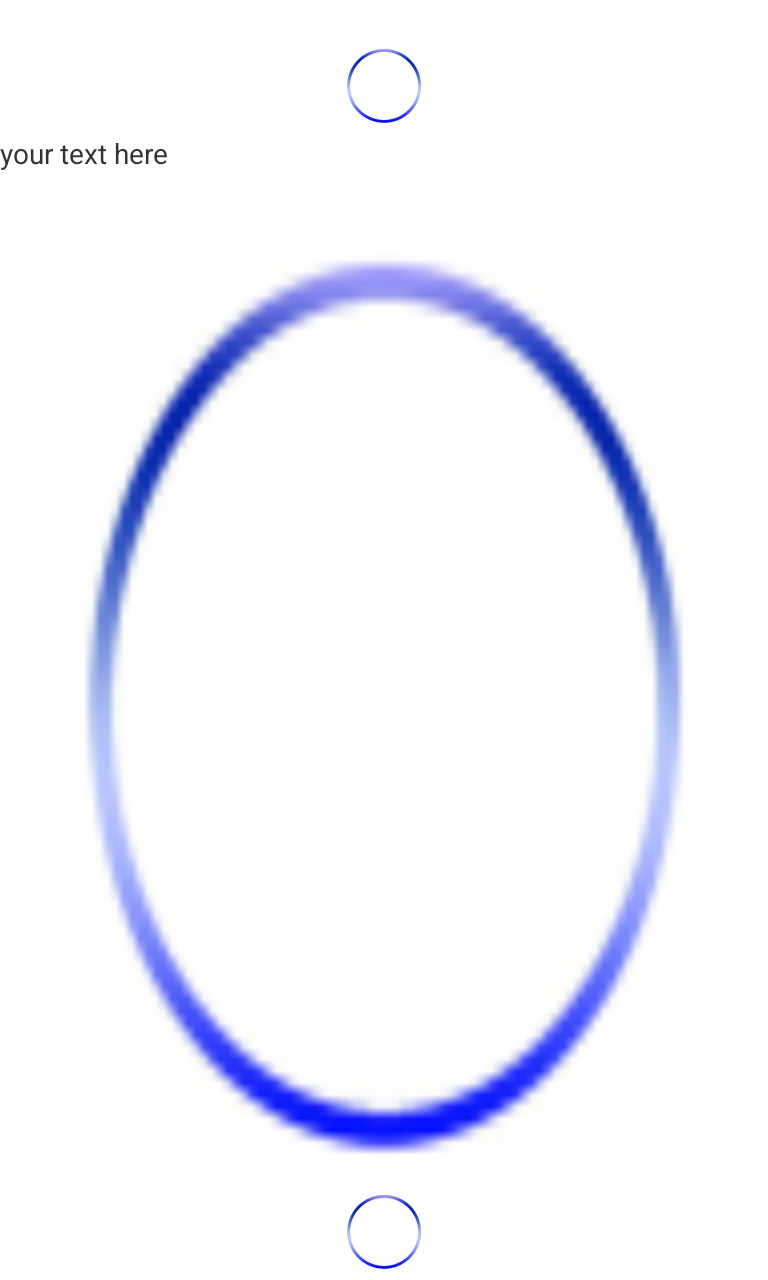
Repository: lmqs/ProjetoDisciplinaTopicos
Layout: TopicosProjetoAndroid/res/layout/item_resultado_prova.xml
These files come from the project's save history. The layout is drawn as it stood at one moment and after the next save; the edit follows.
It is drawn on a 768 x 1280 px phone screen (xhdpi) without system bars, with theme AppTheme; the app's code is not run.

Above is the layout before, as saved 2014-05-04 03:29:38.

After the next save:
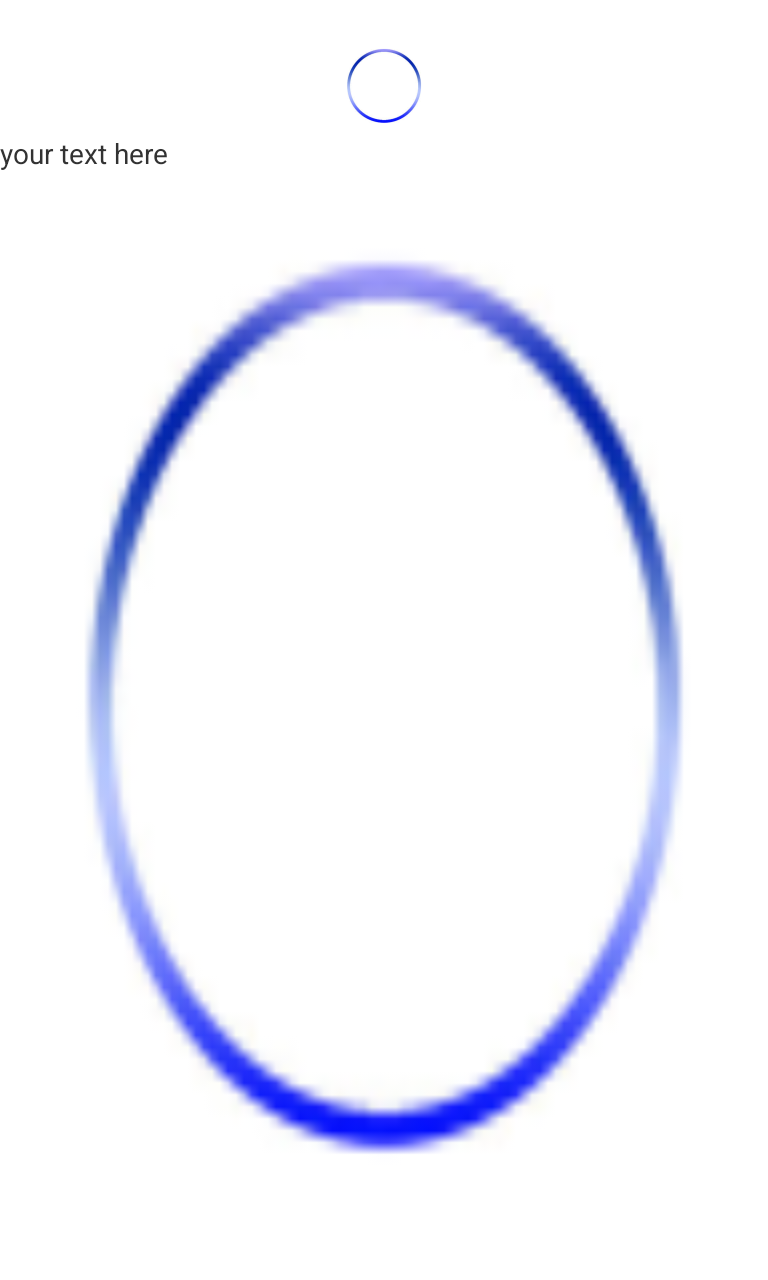
Saved 60 s later.
--- a/TopicosProjetoAndroid/res/layout/item_resultado_prova.xml
+++ b/TopicosProjetoAndroid/res/layout/item_resultado_prova.xml
@@ -42,8 +42,9 @@
     <TextView
         android:layout_width="fill_parent"
         android:layout_height="fill_parent"
+        android:layout_centerHorizontal="true"
+        android:layout_centerVertical="true"
         android:background="@drawable/ciruclo"
-        android:drawableBottom="@drawable/ciruclo"
         android:text="your text here" />
 
     <Button
